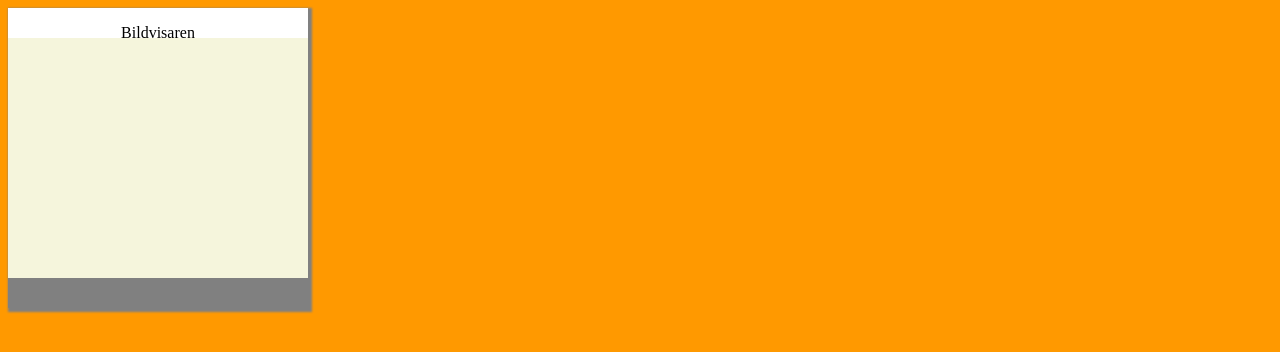
Repository: mi222ep/1dv403-laborationer
Page: 5-projektet/index.html
The author's editor kept a record of every edit. The page is drawn from the files as they stood at one moment, then again after the next edit.
The browser window is 1280 px wide. The pictures show the whole page.
The page's requests for data from a server got no answer.

Above is the page before.

### 5-projektet/index.html
<!DOCTYPE html>
<html lang="sv">
<head>
	<meta charset="UTF-8" />
 	<title>Labb 5</title>
 	<link rel="stylesheet" href="css/style.css" type="text/css" />
    <script type="text/javascript" src="script/myWindow.js"></script>
    <script type="text/javascript" src="script/imageviewer.js"></script>
</head>
<body>
    <div id="pageContent">

    </div>
</body>
</html>

### 5-projektet/css/style.css
body{
    background-color: #FF9900;
    font-family: comic sans MS;
    text-align: center;
    }

h1{
     color: #097054;
     font-size: 3em;
     text-shadow: 2px 2px gray;
}
h1, h2, h3{

    text-align: center;
}
input{
    background-color: #097054;
    color: white;
    font: bold 11px comic sans MS;
    cursor: pointer;
    border-radius: 4px;

}
td{
    padding: 5px;
}
#wrapper{
    width: 1000px;
    height: 500px;
    margin: 0 auto;
}
#question{
    padding: 20px;
    border: 2px dotted;

}
#restart{
    margin-top: 10px;
    float: right;
    background-color: gray;
}

#dragme{
position:absolute;
display:none;
height:100px;
width:100px;
background-color:#eee;
border:1px solid black;
border-radius:15px;
text-align:center;
}

.thumbImg{
    float: left;
    border: 2px solid black;
    background: white;
}
.myWindow{
    width: 300px;
    height: 300px;
    background-color: beige;
    position: relative;
    box-shadow: 2px 2px 2px 2px gray;
}
.topBar{
    background-color: white;
    width: 100%;
    position: absolute;
    top: 0;
    height: 30px;
}
.content{
    width: 100%;
    position: absolute;
    overflow-y: scroll;
    top:  30px;
    bottom: 30px;
}
.bottomBar{
    background-color: gray;
    width: 100%;
    position: absolute;
    bottom: 0;
    height: 30px;
}

### 5-projektet/script/myWindow.js
console.log("ok");
var myWindow = {
    init: function(typeOfWindow, name, ID){

        var div  = document.createElement("div");
        var content = document.createElement("div");
        var topBar = document.createElement("div");
        var bottomBar = document.createElement("div");
        var topText = document.createElement("p");


        div.setAttribute("class", "myWindow");
        content.setAttribute("id", typeOfWindow + ID);
        content.setAttribute("class", "content");
        topBar.setAttribute("class", "topBar");
        bottomBar.setAttribute("class", "bottomBar");
        topBar.appendChild(topText);
        topText.innerHTML = name;
        div.appendChild(topBar);
        div.appendChild(content);
        div.appendChild(bottomBar);
        var page = document.getElementById("pageContent");
        page.appendChild(div);

        renderImageViewer();


    }
};

window.onload = function(){ myWindow.init("imageviewer", "Bildvisaren", 1)};

### 5-projektet/script/imageviewer.js
var width = 0;
var height = 0;

function renderImageViewer(){

    var image = new XMLHttpRequest();

    image.onreadystatechange = function(){
        if(image.readyState === 4 && image.status === 200){

         var imageInfo = JSON.parse(image.responseText);
         console.log(imageInfo);
         var arrLength  = imageInfo.length;
         for(var i = 0; i< arrLength; i+=1){
             console.log(imageInfo[i].URL);
             getMaxWidthAndLength(imageInfo[i].thumbWidth, imageInfo[i].thumbHeight);
             renderImage(imageInfo[i]);
         }
         console.log(width);
         console.log(height);
        }
    };

    image.open("GET", "http://homepage.lnu.se/staff/tstjo/labbyServer/imgviewer/", true);
    image.send(null);

}
function getMaxWidthAndLength(picWidth, picHeight){
    if(picWidth>width){
        width = picWidth;
    }
    if(picHeight>height){
        height = picHeight;
    }

}
function renderImage(imgObject){
    var a = document.createElement("a");
    var frame = document.createElement("div");
    var img = document.createElement("img");
    img.setAttribute("src", imgObject.thumbURL);
    frame.style.width = width+'px';
    frame.style.height = height+'px';

    frame.setAttribute("class",  "thumbImg");
    a.setAttribute("href", "#");
    a.appendChild(frame);

    a.addEventListener("click", function() {clickingA(imgObject.URL)});

    frame.appendChild(img);

    var imageSpace = document.getElementById("imageviewer1");
    imageSpace.appendChild(a);

}
function clickingA(imgURL){
    document.body.style.background = 'url(\"'+imgURL+'\")';
}
//window.onload = renderImageViewer();

After the next edit:
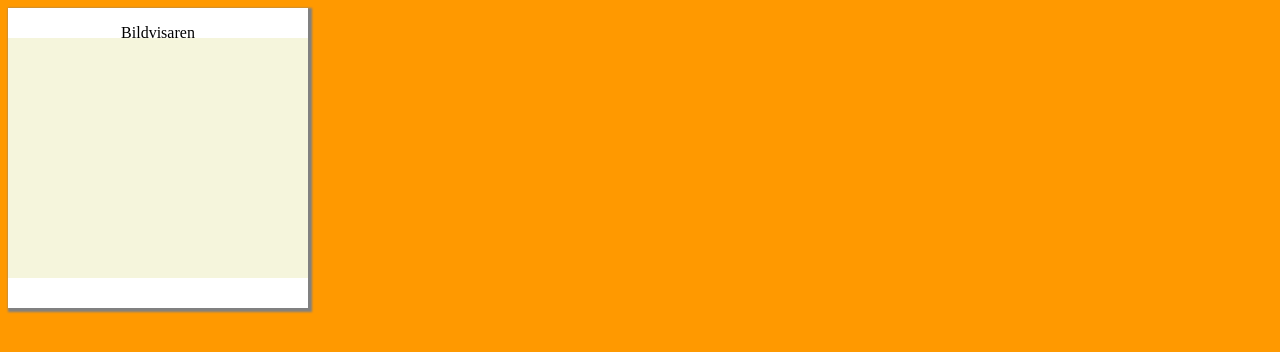
The edit:
--- a/5-projektet/css/style.css
+++ b/5-projektet/css/style.css
@@ -78,7 +78,7 @@
     bottom: 30px;
 }
 .bottomBar{
-    background-color: gray;
+    background-color: white;
     width: 100%;
     position: absolute;
     bottom: 0;
